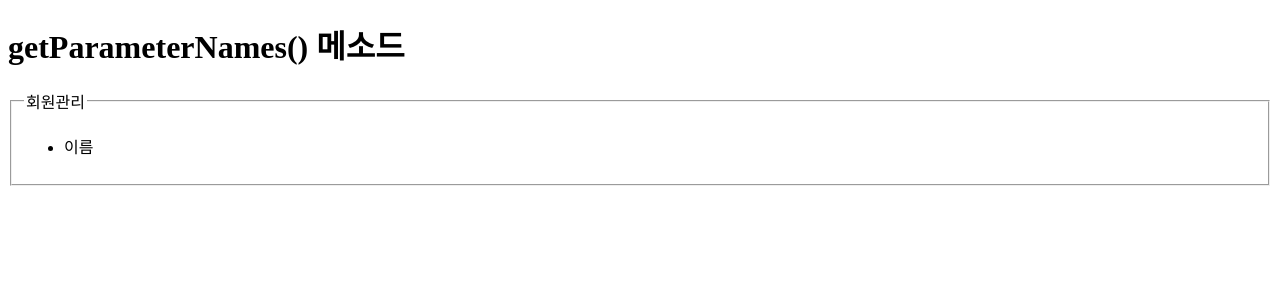
Repository: seminocoe/JSP_STUDY
Page: http://localhost/ServletProject/login/memberForm.jsp
An editor plug-in stored every save of this project. The page is shown before and after the next save, followed by the edit.
The browser window is 1280 px wide. The pictures show the whole page.
The page is served by Tomcat 9. Other server files are loaded and not shown.

Above is the page before, as saved 2022-07-29 02:43:17.

### ServletProject/src/main/webapp/login/memberForm.jsp
<%@ page language="java" contentType="text/html; charset=UTF-8"
    pageEncoding="UTF-8"%>
<!DOCTYPE html>
<html>
<head>
<meta charset="UTF-8">
<title></title>
</head>
<body>
<h1>getParameterNames() 메소드</h1>
	<form action="" method="post">
		<fieldset>
			<legend>회원관리</legend>
				<ul>
					<li>
						<label>이름</label>
					</li>

				</ul>
		</fieldset>
	</form>
</body>
</html>

After the next save:
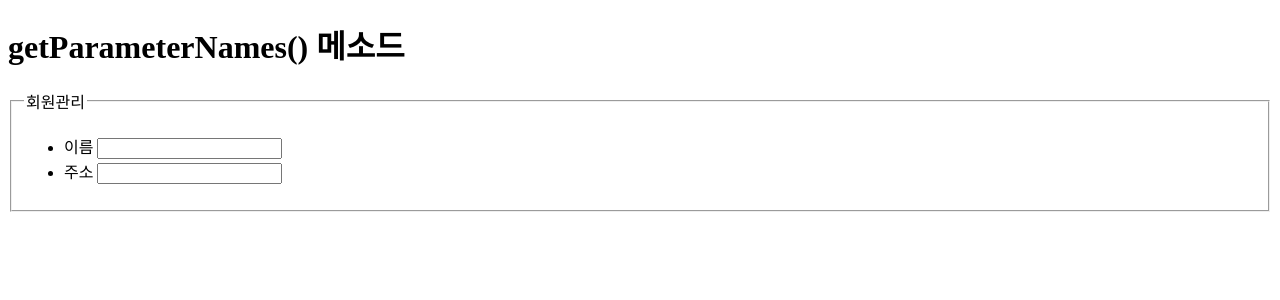
Saved 79 s later.
--- a/ServletProject/src/main/webapp/login/memberForm.jsp
+++ b/ServletProject/src/main/webapp/login/memberForm.jsp
@@ -13,7 +13,13 @@
 			<legend>회원관리</legend>
 				<ul>
 					<li>
-						<label>이름</label>
+						<label for="username">이름</label>
+						<input type="text" name="username">
+					</li>
+
+					<li>
+						<label for="address">주소</label>
+						<input type="text" name="address">
 					</li>
 
 				</ul>
